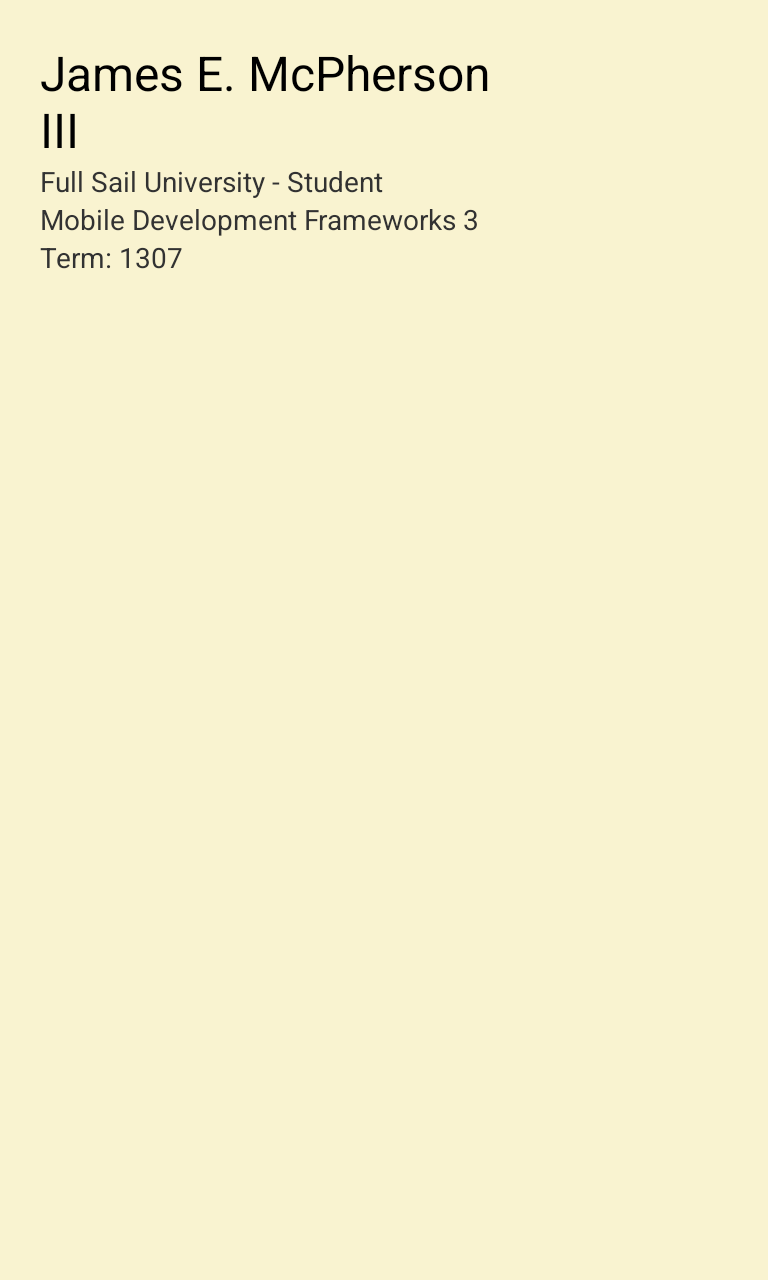
Repository: jemcphe/MDF3
Layout: Week3 ActionBar/Pictcha/res/layout/developer_info.xml
The author's editor kept a copy of each file at every save. The layout is drawn from the files as they stood at one save, then again after the next save.
It is drawn on a 768 x 1280 px phone screen (xhdpi) without system bars, with theme AppTheme; the app's code is not run.

Above is the layout before, as saved 2013-07-25 03:05:12.

After the next save:
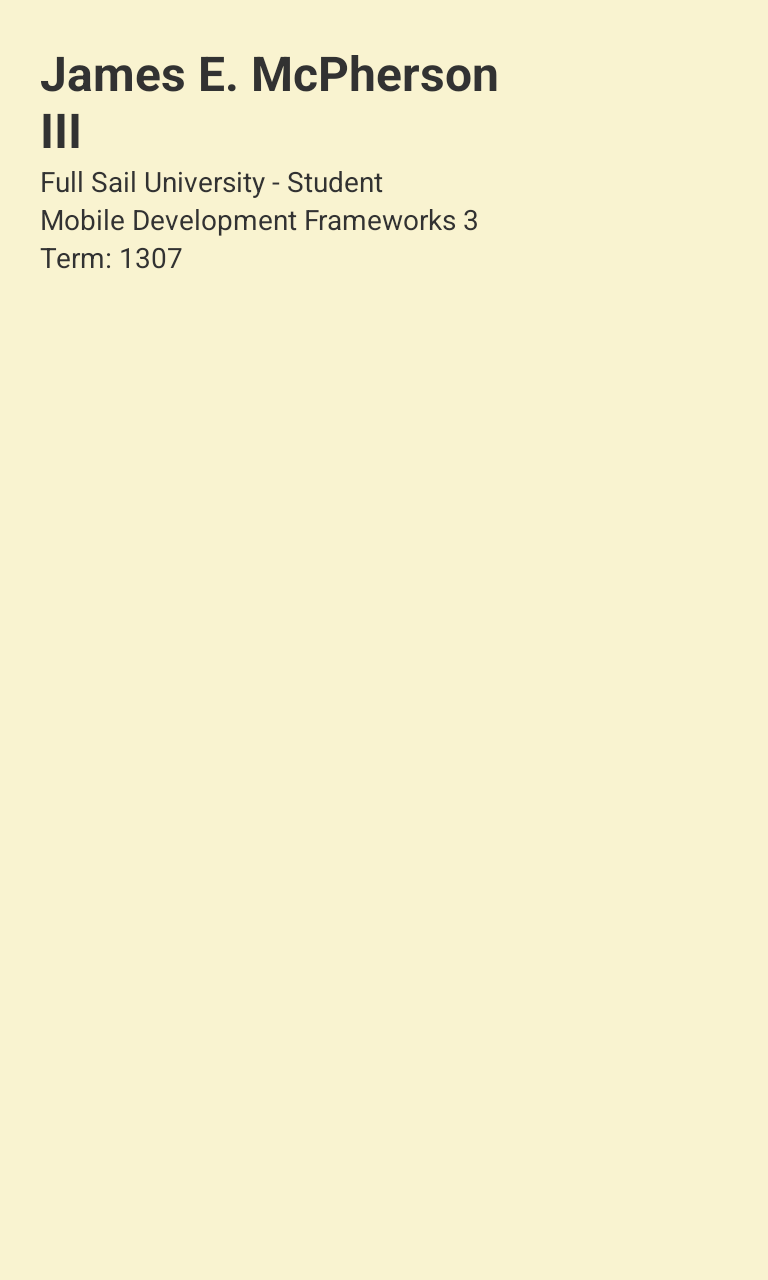
Saved 3 min 42 s later.
--- a/Week3 ActionBar/Pictcha/res/layout/developer_info.xml
+++ b/Week3 ActionBar/Pictcha/res/layout/developer_info.xml
@@ -13,7 +13,7 @@
         android:layout_height="wrap_content"
         android:text="James E. McPherson III"
         android:textSize="24sp"
-        android:textAppearance="bold" />
+        android:textStyle="bold" />
 
     <TextView
         android:id="@+id/school"
